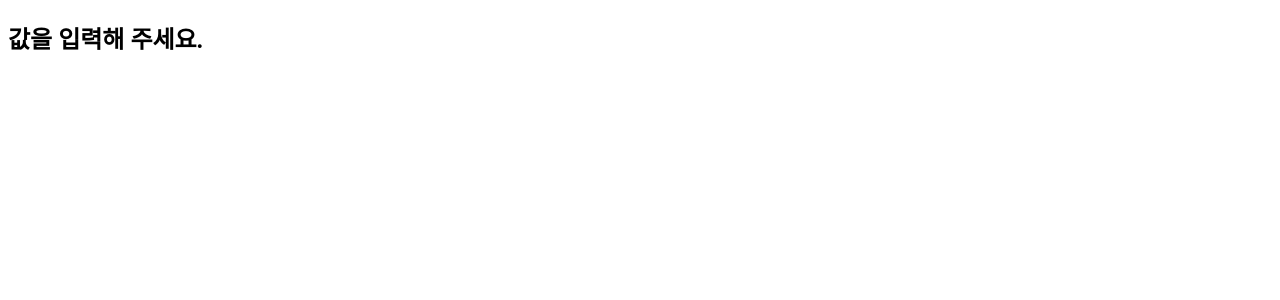
Repository: Jamikidu/newJsp
Page: http://localhost/jspProj/basic/ex01.jsp
An editor plug-in stored every save of this project. The page is shown before and after the next save, followed by the edit.
The browser window is 1280 px wide. The pictures show the whole page.
The page is served by Tomcat 9. Other server files are loaded and not shown.

Above is the page before, as saved 2023-07-27 06:09:49.

### jspProj/src/main/webapp/basic/ex01.jsp
<%@ page language="java" contentType="text/html; charset=UTF-8"
    pageEncoding="UTF-8"%>
<!DOCTYPE html>
<html>
<head>
<meta charset="UTF-8">
<title>문자이면 빠꾸 숫자이면 더하기</title>
</head>
<body>
	<h2>값을 입력해 주세요.</h2>
	<form action="" method="post">


	</form>
</body>
</html>

After the next save:
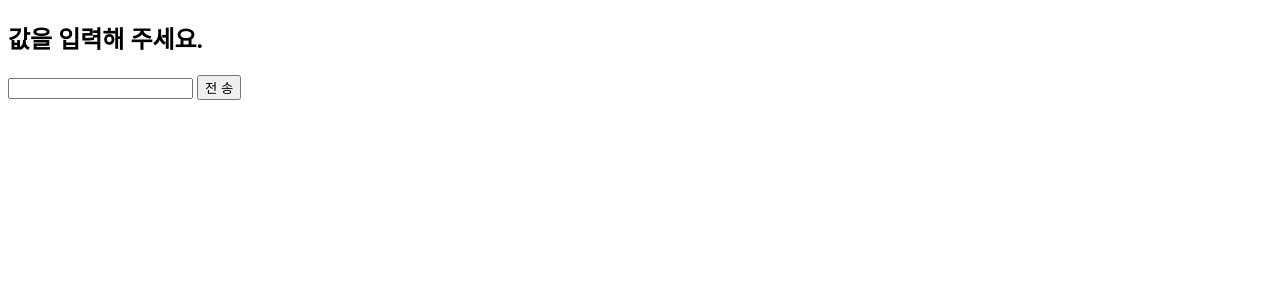
Saved 2 min 21 s later.
--- a/jspProj/src/main/webapp/basic/ex01.jsp
+++ b/jspProj/src/main/webapp/basic/ex01.jsp
@@ -9,7 +9,8 @@
 <body>
 	<h2>값을 입력해 주세요.</h2>
 	<form action="" method="post">
-
+		<input type="text">
+		<button type="submit">전 송</button>
 
 	</form>
 </body>
